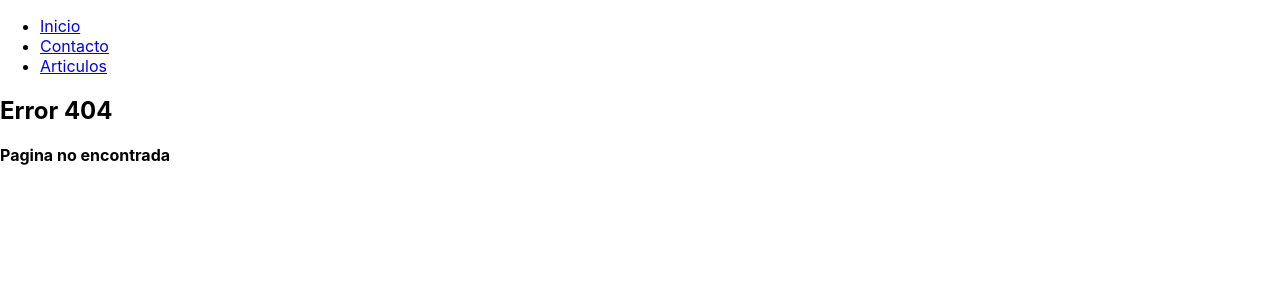
Repository: DamianBermudez94/react-router
Page: /panel-control
The author's editor kept a copy of each file at every save. The page is drawn from the files as they stood at one save, then again after the next save.
The browser window is 1280 px wide. The pictures show the whole page.
The project was rebuilt for these pictures with package versions that can differ from the ones it lists, and the page was loaded fresh each time. Also part of the build but not shown: src/App.css, src/components/Inicio.js, src/components/Articulos.js, src/components/Contacto.js.

Above is the page before, as saved 2023-04-28 19:13:20.

After the next save:
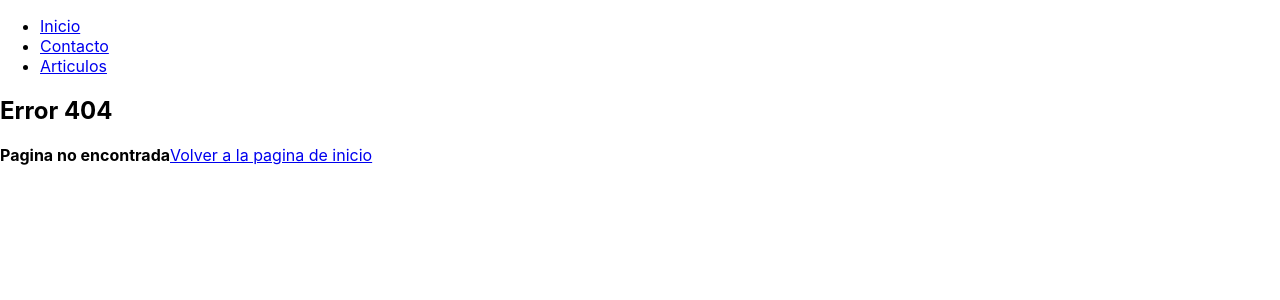
Saved 2 min 43 s later.
--- a/src/components/Error.js
+++ b/src/components/Error.js
@@ -1,10 +1,12 @@
 import React from 'react'
+import { Link } from 'react-router-dom'
 
 export const Error = () => {
   return (
     <div>
         <h2>Error 404</h2>
         <strong>Pagina no encontrada</strong>
+        <Link to="inicio">Volver a la pagina de inicio</Link>
 
 
     </div>
